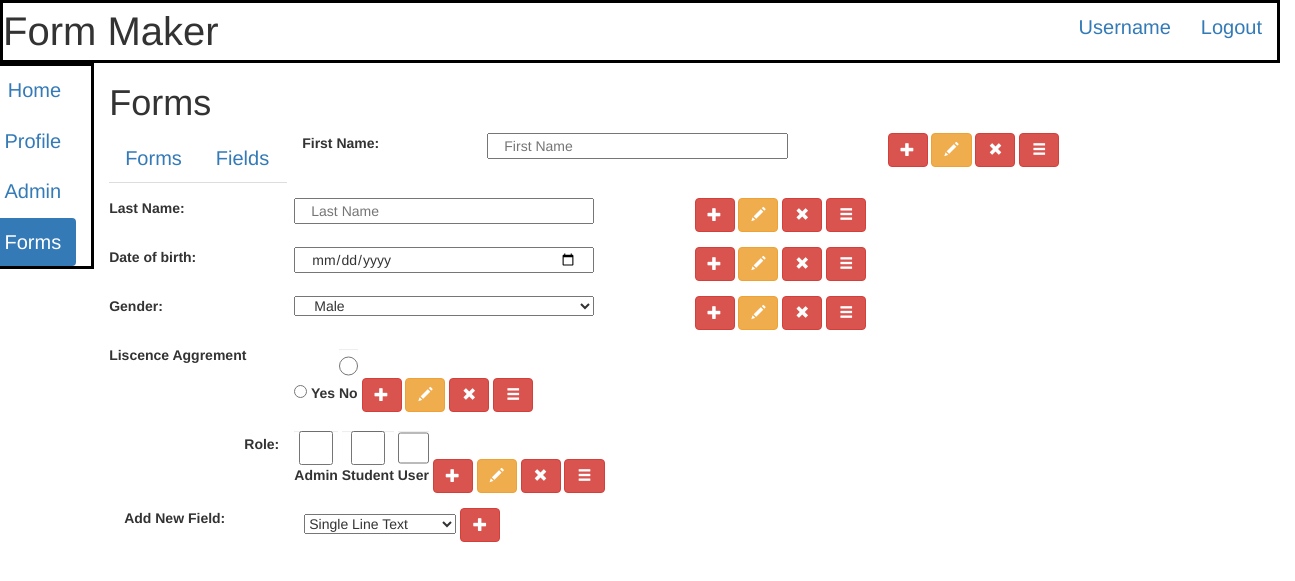
Repository: dishant8/Web-development
Page: public/WebDevWorkspace/Assignment1/WebContent/Css/Bootstrap/form-fields.html
These files come from the project's save history. The page is drawn as it stood at one moment and after the next save; the edit follows.
The browser window is 1280 px wide. The page is 1295 px wide, so the pictures cover 1295 px, including what lies to the right of the window. The pictures show the whole page.

Above is the page before, as saved 2015-10-04 06:42:31.

After the next save:
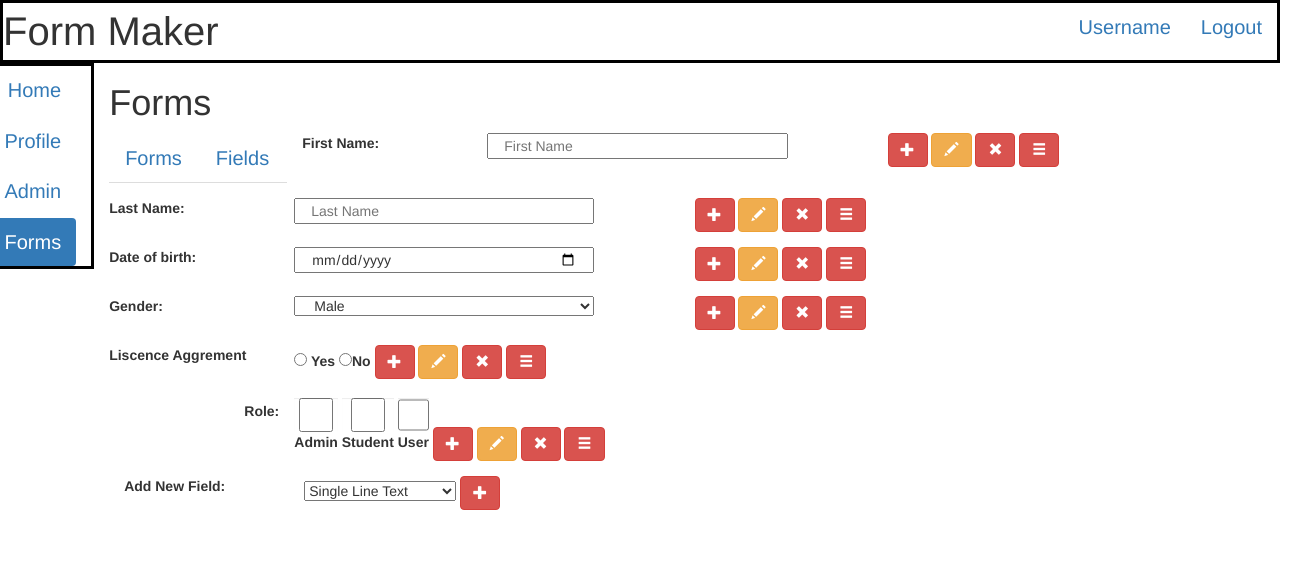
Saved 4 s later.
--- a/public/WebDevWorkspace/Assignment1/WebContent/Css/Bootstrap/form-fields.html
+++ b/public/WebDevWorkspace/Assignment1/WebContent/Css/Bootstrap/form-fields.html
@@ -142,7 +142,7 @@
 						<label>
 
 							<input type="radio" name="subscribe" value="no"
-							id="checkbox" class="form-control" />No
+							id="checkbox" />No
 						</label>
 
 						<a href="#" class="btn btn-danger"> <scan
